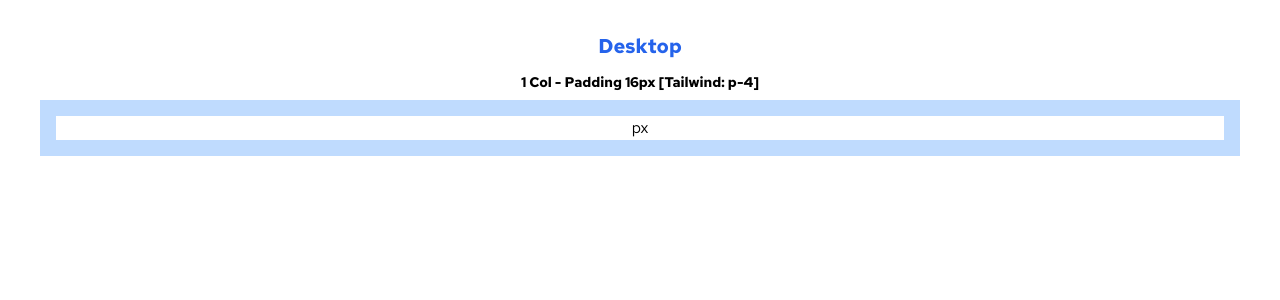
Repository: fabianwurk/vue-tailwind
Page: /
An editor plug-in stored every save of this project. The page is shown before and after the next save, followed by the edit.
The browser window is 1280 px wide. The pictures show the whole page.
The project was rebuilt for these pictures with package versions that can differ from the ones it lists, and the page was loaded fresh each time. Also part of the build but not shown: vite.config.js.

Above is the page before, as saved 2021-03-17 00:21:37.
Console error: TypeError: this.innerWidth is not a function

### index.html
<!DOCTYPE html>
<html lang="en">
  <head>
    <link rel="preconnect" href="https://fonts.gstatic.com">
<link href="https://fonts.googleapis.com/css2?family=Red+Hat+Text:wght@400;700&display=swap" rel="stylesheet">
    <meta charset="UTF-8" />
    <link rel="icon" href="/favicon.ico" />
    <meta name="viewport" content="width=device-width, initial-scale=1.0" />
    <title>Vite App</title>
  </head>
  <body>
    <div id="app"></div>
    <script type="module" src="/src/main.js"></script>
  </body>
</html>

### src/App.vue
<template>
  <Large />
  <!--<Medium />-->
</template>

<script setup>
import Large from './components/Large.vue';
// import Medium from './components/Medium.vue';

</script>

### src/index.css
/* ./src/index.css */
@tailwind base;

body {
  font-family: 'Red Hat Text', sans-serif;
}
@tailwind components;
@tailwind utilities;

### src/components/Large.vue
<template>
  <div>

    <div class="container mx-auto">
      <h2 class="text-sm font-bold mb-2 mt-8 text-center">
        <span class="block md:hidden lg:hidden text-center text-blue-600 text-xl">Mobile</span>
        <span class="hidden md:block lg:hidden text-center text-blue-600 text-xl">Tablet</span>
        <span class="hidden md:hidden lg:block text-center text-blue-600 text-xl my-3">Desktop</span>
        1 Col - Padding 16px [Tailwind: p-4]
      </h2>
      <div class="flex items-center">
        <div class="w-full bg-blue-200 mb-4 mt-0 py-4 px-4 text-center">
          <span class="bg-white w-full block" ref="boxWidth">{{width}}px</span>
        </div>
      </div>
    </div>

  </div>
</template>

<script>
export default {
  data() {
    return {
      width: null,
    };
  },
  mounted() {
  	this.innerWidth()
  },
  created() {
  window.addEventListener("resize", this.resizeWidthEvent);
  },
  destroyed() {
    window.removeEventListener("resize", this.resizeWidthEvent);
  },
  methods: {
    resizeWidthEvent(e) {
      this.width = this.$refs.boxWidth.clientWidth;
    }
  }
}
</script>

### tailwind.config.js
module.exports = {
  purge: ['./index.html', './src/**/*.{vue,js,ts,jsx,tsx}'],
  darkMode: false, // or 'media' or 'class'
  theme: {
    extend: {
      container: {
        'md': {'max': '768px'},
      },
      screens: {
        'xl': {'min': '1200px', 'max': '1280px'},
        '2xl': {'max': '1280px'},
      },
    },
  },
  variants: {
    extend: {},
  },
  plugins: [],
}

Loaded but not shown: src/main.js (common file)

After the next save:
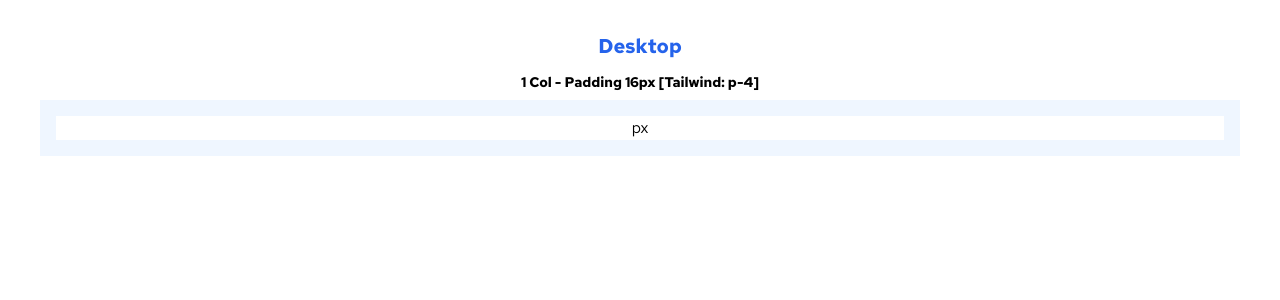
Saved 4 s later.
--- a/src/components/Large.vue
+++ b/src/components/Large.vue
@@ -9,7 +9,7 @@
         1 Col - Padding 16px [Tailwind: p-4]
       </h2>
       <div class="flex items-center">
-        <div class="w-full bg-blue-200 mb-4 mt-0 py-4 px-4 text-center">
+        <div class="w-full bg-blue-50 mb-4 mt-0 py-4 px-4 text-center">
           <span class="bg-white w-full block" ref="boxWidth">{{width}}px</span>
         </div>
       </div>
